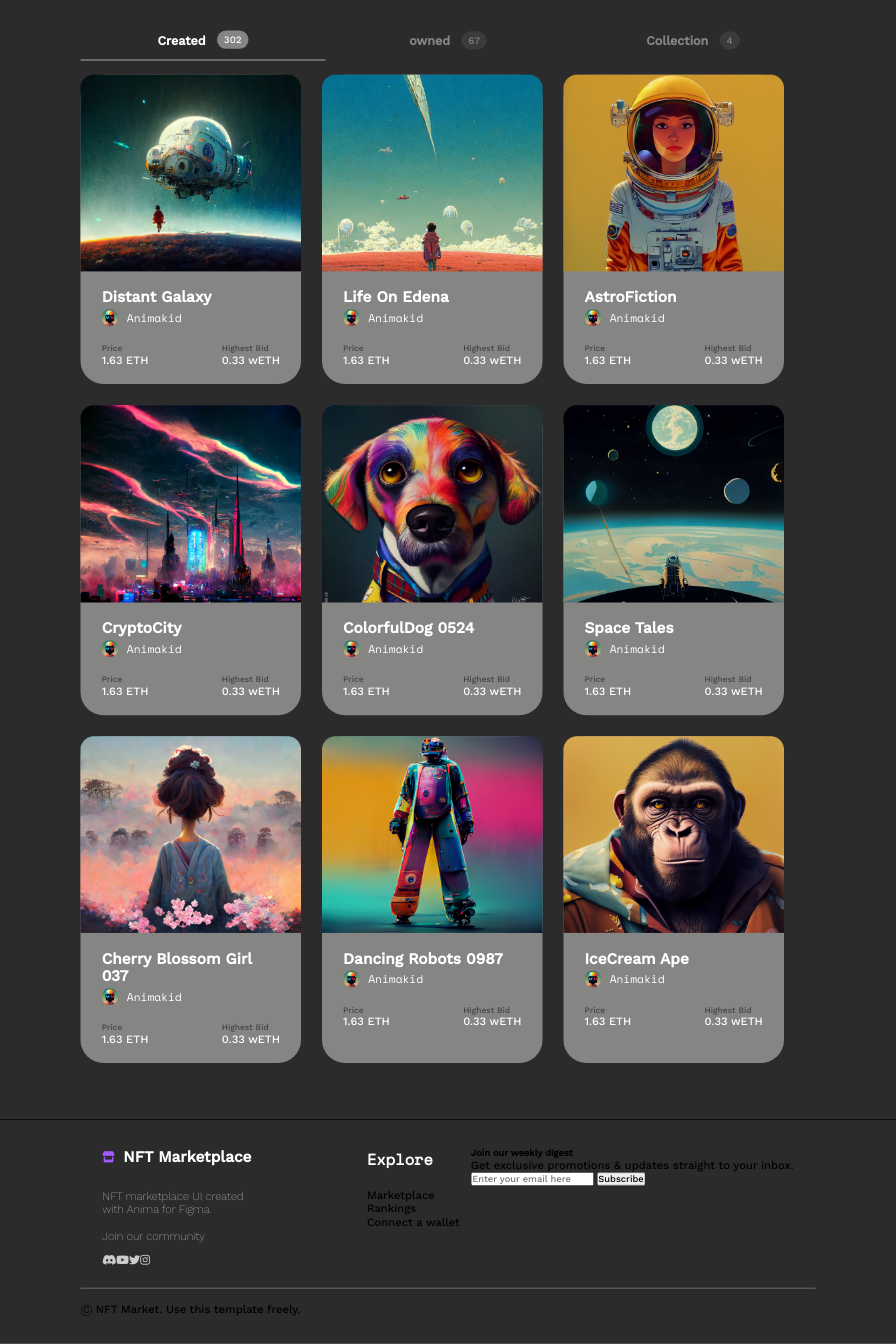
Repository: levananh202ht/NFT_Marketplace
Page: index.html
These files come from the project's save history. The page is drawn as it stood at one moment and after the next save; the edit follows.
The browser window is 1280 px wide. The pictures show the part of the page from y = 844 to 2764 px (the page is 2764 px tall), at 70% of full size.

Above is the page before, as saved 2023-12-11 01:45:05.

### index.html
<!DOCTYPE html>
<html lang="en">
<head>
    <meta charset="UTF-8">
    <meta name="viewport" content="width=device-width, initial-scale=1.0">
    <link rel="stylesheet" href="index.css">
    <link rel="stylesheet" href="responsive.css">
    <link rel="stylesheet" href="https://cdnjs.cloudflare.com/ajax/libs/font-awesome/6.5.1/css/all.min.css" integrity="sha512-DTOQO9RWCH3ppGqcWaEA1BIZOC6xxalwEsw9c2QQeAIftl+Vegovlnee1c9QX4TctnWMn13TZye+giMm8e2LwA==" crossorigin="anonymous" referrerpolicy="no-referrer" />
    <title>Document</title>
</head>
<body>
    <div class="nft_container">
        <!-- header -->
        <div class="nft_header">

            <div class="nft_header-left">
                <i class="fa-solid fa-store"></i>
                <h3>NFT Marketplace</h3>
            </div>

            <ul class="nft_header-right">
                <li class="nft_header-right-item">Marketplace</li>
                <li class="nft_header-right-item">Rankings</li>
                <li class="nft_header-right-item">Connect a wallet</li>
                <li class="nft_header-right-item">
                    <div>
                        <i class="fa-regular fa-user"></i>
                        <p>Sign Up</p>
                    </div>
                </li>
            </ul>

            <i class="icon-bar-responsive fa-solid fa-bars-staggered"></i>

        </div>
        <!-- profileImage -->
        <div class="nft_profileImage">
            <img src="./assets/images/Avatar Placeholder.png" alt="">
        </div>
        <!-- userInfo -->
        <div class="nft_userInfo">

            <div class="nft_userInfo-top">

                <h2>Animakid</h2>
                <div class="nft_userInfo-top-button">
                    <button>
                        <i class="fa-regular fa-copy"></i>
                        <p>0xc0E3...B79C</p>
                    </button>
                    <button>
                        <i class="fa-solid fa-plus"></i>
                        <p>Follow</p>
                    </button>
                </div>

            </div>

            <div class="nft_userInfo-bottom">

                <div class="nft_userInfo-bottom-param">

                    <div>
                        <p class="param">250k+</p>
                        <p class="text">Volume</p>
                    </div>

                    <div>
                        <p class="param">50+</p>
                        <p class="text">NFTs Sold</p>
                    </div>

                    <div>
                        <p class="param">3000+</p>
                        <p class="text">Followers</p>
                    </div>

                </div>

                <div class="nft_userInfo-bottom-bio">

                    <h5>Bio</h5>
                    <p>The internet's friendliest designer kid.</p>

                </div>

                <div class="nft_userInfo-bottom-links">

                    <h5>Links</h5>
                    <ul>
                        <li>
                            <a href="">
                                <i class="fa-solid fa-globe"></i>
                            </a>
                        </li>
                        <li>
                            <a href="https://discord.com/">
                                <i class="fa-brands fa-discord"></i>
                            </a>
                        </li>
                        <li>
                            <a href="https://www.youtube.com/">
                                <i class="fa-brands fa-youtube"></i>
                            </a>
                        </li>
                        <li>
                            <a href="https://twitter.com/">
                                <i class="fa-brands fa-twitter"></i>
                            </a>
                        </li>
                        <li>
                            <a href="https://www.instagram.com/">
                                <i class="fa-brands fa-instagram"></i>
                            </a>
                        </li>
                    </ul>

                </div>

            </div>

        </div>
        <!-- tab -->
        <div class="nft_tab">

            <div class="nft_tab-1">
                <h5>Created</h5>
                <p>302</p>
            </div>
            <div class="nft_tab-2">
                <h5>owned</h5>
                <p>67</p>
            </div>
            <div class="nft_tab-3">
                <h5>Collection</h5>
                <p>4</p>
            </div>

        </div>
        <!-- cardSection -->
        <div class="nft_cardSection">

            <div class="nft_cardSection-item">

                <img class="nft_cardSection-item-img" src="./assets/images/Image Placeholder (1).png" alt="Image Placeholder">

                <div class="nft_cardSection-item-info">

                    <h5>Distant Galaxy</h5>
                    <div >
                        <img src="./assets/images/Avatar Placeholder.png" alt="Avatar">
                        <p>Animakid</p>
                    </div>
                    <div >
                        <span>
                            <p>Price</p>
                            <p>1.63 ETH</p>
                        </span>
                        <span>
                            <p>Highest Bid</p>
                            <p>0.33 wETH</p>
                        </span>
                    </div>

                </div>

            </div>
            <div class="nft_cardSection-item">

                <img class="nft_cardSection-item-img" src="./assets/images/Image Placeholder (2).png" alt="Image Placeholder">

                <div class="nft_cardSection-item-info">

                    <h5>Life On Edena</h5>
                    <div >
                        <img src="./assets/images/Avatar Placeholder.png" alt="Avatar">
                        <p>Animakid</p>
                    </div>
                    <div >
                        <span>
                            <p>Price</p>
                            <p>1.63 ETH</p>
                        </span>
                        <span>
                            <p>Highest Bid</p>
                            <p>0.33 wETH</p>
                        </span>
                    </div>

                </div>

            </div>
            <div class="nft_cardSection-item">

                <img class="nft_cardSection-item-img" src="./assets/images/Image Placeholder (3).png" alt="Image Placeholder">

                <div class="nft_cardSection-item-info">

                    <h5>AstroFiction</h5>
                    <div >
                        <img src="./assets/images/Avatar Placeholder.png" alt="Avatar">
                        <p>Animakid</p>
                    </div>
                    <div >
                        <span>
                            <p>Price</p>
                            <p>1.63 ETH</p>
                        </span>
                        <span>
                            <p>Highest Bid</p>
                            <p>0.33 wETH</p>
                        </span>
                    </div>

                </div>

            </div>

            <div class="nft_cardSection-item">

                <img class="nft_cardSection-item-img" src="./assets/images/Image Placeholder (4).png" alt="Image Placeholder">

                <div class="nft_cardSection-item-info">

                    <h5>CryptoCity</h5>
                    <div >
                        <img src="./assets/images/Avatar Placeholder.png" alt="Avatar">
                        <p>Animakid</p>
                    </div>
                    <div >
                        <span>
                            <p>Price</p>
                            <p>1.63 ETH</p>
                        </span>
                        <span>
                            <p>Highest Bid</p>
                            <p>0.33 wETH</p>
                        </span>
                    </div>

                </div>

            </div>
            <div class="nft_cardSection-item">

                <img class="nft_cardSection-item-img" src="./assets/images/Image Placeholder (5).png" alt="Image Placeholder">

                <div class="nft_cardSection-item-info">

                    <h5>ColorfulDog 0524</h5>
                    <div >
                        <img src="./assets/images/Avatar Placeholder.png" alt="Avatar">
                        <p>Animakid</p>
                    </div>
                    <div >
                        <span>
                            <p>Price</p>
                            <p>1.63 ETH</p>
                        </span>
                        <span>
                            <p>Highest Bid</p>
                            <p>0.33 wETH</p>
                        </span>
                    </div>

                </div>

            </div>
            <div class="nft_cardSection-item">

                <img class="nft_cardSection-item-img" src="./assets/images/Image Placeholder (6).png" alt="Image Placeholder">

                <div class="nft_cardSection-item-info">

                    <h5>Space Tales</h5>
                    <div >
                        <img src="./assets/images/Avatar Placeholder.png" alt="Avatar">
                        <p>Animakid</p>
                    </div>
                    <div >
                        <span>
                            <p>Price</p>
                            <p>1.63 ETH</p>
                        </span>
                        <span>
                            <p>Highest Bid</p>
                            <p>0.33 wETH</p>
                        </span>
                    </div>

                </div>

            </div>

            <div class="nft_cardSection-item">

                <img class="nft_cardSection-item-img" src="./assets/images/Image Placeholder (7).png" alt="Image Placeholder">

                <div class="nft_cardSection-item-info">

                    <h5>Cherry Blossom Girl 037</h5>
                    <div >
                        <img src="./assets/images/Avatar Placeholder.png" alt="Avatar">
                        <p>Animakid</p>
                    </div>
                    <div >
                        <span>
                            <p>Price</p>
                            <p>1.63 ETH</p>
                        </span>
                        <span>
                            <p>Highest Bid</p>
                            <p>0.33 wETH</p>
                        </span>
                    </div>

                </div>

            </div>
            <div class="nft_cardSection-item">

                <img class="nft_cardSection-item-img" src="./assets/images/Image Placeholder (8).png" alt="Image Placeholder">

                <div class="nft_cardSection-item-info">

                    <h5>Dancing Robots 0987</h5>
                    <div >
                        <img src="./assets/images/Avatar Placeholder.png" alt="Avatar">
                        <p>Animakid</p>
                    </div>
                    <div >
                        <span>
                            <p>Price</p>
                            <p>1.63 ETH</p>
                        </span>
                        <span>
                            <p>Highest Bid</p>
                            <p>0.33 wETH</p>
                        </span>
                    </div>

                </div>

            </div>
            <div class="nft_cardSection-item">

                <img class="nft_cardSection-item-img" src="./assets/images/Image Placeholder (9).png" alt="Image Placeholder">

                <div class="nft_cardSection-item-info">

                    <h5>IceCream Ape </h5>
                    <div >
                        <img src="./assets/images/Avatar Placeholder.png" alt="Avatar">
                        <p>Animakid</p>
                    </div>
                    <div >
                        <span>
                            <p>Price</p>
                            <p>1.63 ETH</p>
                        </span>
                        <span>
                            <p>Highest Bid</p>
                            <p>0.33 wETH</p>
                        </span>
                    </div>

                </div>

            </div>

        </div>
        <!-- footer -->
        <div class="nft_footer">
            <div class="nft_footer-info">

                <div class="nft_footer-info-item1">

                    <div>
                        <i class="fa-solid fa-store"></i>
                        <h3>NFT Marketplace</h3>
                    </div>
                    <p>NFT marketplace UI created with Anima for Figma.</p>
                    <p>Join our community</p>
                    <ul>
                        <li>
                            <a href="https://discord.com/">
                                <i class="fa-brands fa-discord"></i>
                            </a>
                        </li>
                        <li>
                            <a href="https://www.youtube.com/">
                                <i class="fa-brands fa-youtube"></i>
                            </a>
                        </li>
                        <li>
                            <a href="https://twitter.com/">
                                <i class="fa-brands fa-twitter"></i>
                            </a>
                        </li>
                        <li>
                            <a href="https://www.instagram.com/">
                                <i class="fa-brands fa-instagram"></i>
                            </a>
                        </li>
                    </ul>

                </div>
                <div class="nft_footer-info-item2">
                    <h5>Explore</h5>
                    <p>Marketplace</p>
                    <p>Rankings</p>
                    <p>Connect a wallet</p>
                </div>
                <div class="nft_footer-info-item3">
                    <h5>Join our weekly digest</h5>
                    <p>Get exclusive promotions & updates straight to your inbox.</p>
                    <div>
                        <input type="text" placeholder="Enter your email here">
                        <button>Subscribe</button>
                    </div>
                </div>

            </div>


            <p>Ⓒ NFT Market. Use this template freely.</p>
        </div>

    </div>
</body>
</html>

### index.css
@import url('https://fonts.googleapis.com/css2?family=Work+Sans:ital,wght@0,200;0,500;1,200;1,500&display=swap');
@import url('https://fonts.googleapis.com/css2?family=Space+Mono:ital@0;1&display=swap');

* {
    margin: 0;
    padding: 0;
    box-sizing: border-box;
    font-family: 'Work Sans', sans-serif;
}
.nft_container {
    background: #2B2B2B;
}
    /* CSS header */
.nft_header {
    background: #2B2B2B;
    display: flex;
    justify-content: space-between;
    color: #F5F5F5;
    padding: 20px 50px;
}

.nft_header .nft_header-left {
    display: flex;
    align-items: center;
}
.nft_header .nft_header-left i {
    color: #A259FF;
}
.nft_header .nft_header-left h3 {
    margin-left: 12px;
}

.nft_header .nft_header-right {
    display: flex;
    list-style:  none;
    align-items: center;

}

.nft_header .nft_header-right .nft_header-right-item {
    margin-left: 20px;
    font-size: 16px;
}

.nft_header .nft_header-right .nft_header-right-item:last-child div {
    padding: 24px 30px;
    display: flex;
    border-radius: 20px;
    background: #A259FF;
}

.nft_header .nft_header-right .nft_header-right-item:last-child div i {
    font-size: 20px;
}

.nft_header .nft_header-right .nft_header-right-item:last-child div p {
    margin-left: 12px;
    font-size: 16px;
}
.nft_header .icon-bar-responsive {
    display: none;
}
    /* CSS profileImage */
.nft_profileImage {
    width: 100%;
    height: 320px;
    background-image: url("./assets/images/Image PlaceHolder.png");
    position: relative;

}

.nft_profileImage img {
    left: 9%;
    position: absolute;
    bottom: -50px;
}
    /* CSS userInfo */
.nft_userInfo {
    margin-top: 50px;
    padding: 40px 9%;
    background: #2B2B2B;
    color: #fff;
}
.nft_userInfo .nft_userInfo-top{
    display: flex;
    justify-content: space-between;
    margin-bottom: 30px;
}
.nft_userInfo .nft_userInfo-top h2 {
    font-size:3.3vw;
    color: white;
}
.nft_userInfo .nft_userInfo-top .nft_userInfo-top-button {
    display: flex;
}
.nft_userInfo .nft_userInfo-top .nft_userInfo-top-button button:nth-child(1) {
    background: #A259FF;
    color: white;
    padding: 24px 50px;
    display: flex;
    border: none;
    border-radius: 20px;
    align-items: center;
}
.nft_userInfo .nft_userInfo-top .nft_userInfo-top-button button:nth-child(1) i {
    margin-right: 12px;
}
.nft_userInfo .nft_userInfo-top .nft_userInfo-top-button button:nth-child(2) {
    margin-left: 20px;
    display: flex;
    align-items: center;
    background: #2B2B2B;
    color: white;
    border: 1px solid #A259FF;
    border-radius: 20px;
    padding: 24px 30px;
}
.nft_userInfo .nft_userInfo-top .nft_userInfo-top-button button:nth-child(2) i {
    margin-right: 12px;
    color: #A259FF;
}

.nft_userInfo .nft_userInfo-bottom {

}
.nft_userInfo .nft_userInfo-bottom .nft_userInfo-bottom-param {
    display: flex;
    justify-content: space-between;
    width: 40%;
}
.nft_userInfo .nft_userInfo-bottom .nft_userInfo-bottom-param div p.param {
    font-size: 1.8vw;
}
.nft_userInfo .nft_userInfo-bottom .nft_userInfo-bottom-param div p.text {
    font-size: 1.4vw;
    font-weight: 300;
}
.nft_userInfo .nft_userInfo-bottom .nft_userInfo-bottom-bio {
    margin-top: 30px;
    margin-bottom: 30px;
}
.nft_userInfo .nft_userInfo-bottom .nft_userInfo-bottom-bio h5 {
    font-size: 1.4vw;
    font-weight: 300;
    margin-bottom: 10px;
}
.nft_userInfo .nft_userInfo-bottom .nft_userInfo-bottom-bio p {
    font-size: 1.4vw;
}
.nft_userInfo .nft_userInfo-bottom .nft_userInfo-bottom-links h5 {
    font-size: 1.4vw;
    font-weight: 300;
    margin-bottom: 10px;
}
.nft_userInfo .nft_userInfo-bottom .nft_userInfo-bottom-links ul {
    display: flex;
    list-style: none;
}
.nft_userInfo .nft_userInfo-bottom .nft_userInfo-bottom-links ul li a {
    margin-right: 10px;
    color: #858584;
}
    /* CSS tab */
.nft_tab{
    display: flex;
    padding: 10px 9%;
    justify-content: space-between;
    color: #858584;
}
.nft_tab .nft_tab-1,
.nft_tab .nft_tab-2,
.nft_tab .nft_tab-3{
    display: flex;
    align-items: center;
    width: 33.33%;
    justify-content: center;
}
.nft_tab h5 {
    margin-right: 16px;
    font-size: 1.4vw;
}
.nft_tab p{
    font-size: 1.1vw;
    padding: 5px 10px;
    background-color: #3B3B3B;
    border-radius: 20px;
}
.nft_tab .nft_tab-1 {
    color: #fff;
    border-bottom: 2px solid #858584;
    padding: 15px 0;
}
.nft_tab .nft_tab-1 p {
    background-color: #858584;
}
    /* CSS cardSection */
.nft_cardSection {
    display: grid;
    grid-template-columns: 30% 30% 30%; /* tạo 3 cột  */
    padding: 10px 9%;
    column-gap: 30px; /* cách cột  */
    row-gap: 30px;  /* cách dòng  */
    padding-bottom: 80px;
}
.nft_cardSection .nft_cardSection-item {
    background: #858584;
    border-radius: 33px;
}
.nft_cardSection .nft_cardSection-item .nft_cardSection-item-img {
    width: 100%;
}
.nft_cardSection .nft_cardSection-item .nft_cardSection-item-info {
    padding: 20px 30px 25px;
    color: #fff;
}
.nft_cardSection .nft_cardSection-item .nft_cardSection-item-info  h5 {
    font-size: 22px;
    font-weight: 600;
    margin-bottom: 5px;
}
.nft_cardSection .nft_cardSection-item .nft_cardSection-item-info div:nth-child(2) {
    display: flex;
    margin-bottom: 25px;
    align-items: center;
}
.nft_cardSection .nft_cardSection-item .nft_cardSection-item-info div:nth-child(2) img {
    width: 24px;
    height: 24px;
    margin-right: 12px;
    border-radius: 50%;
}
.nft_cardSection .nft_cardSection-item .nft_cardSection-item-info div:nth-child(2) p {
    font-size: 16px;
    font-style: normal;
    font-family: 'Space Mono', monospace;
    font-weight: 400;
}
.nft_cardSection .nft_cardSection-item .nft_cardSection-item-info div:nth-child(3) {
    display: flex;
    justify-content: space-between;
    font-family: 'Space Mono', monospace;
}
.nft_cardSection .nft_cardSection-item .nft_cardSection-item-info div:nth-child(3) span p:nth-child(1) {
    font-size: 12px;
    font-style: normal;
    font-weight: 400;
    color: #444443;
}
.nft_cardSection .nft_cardSection-item .nft_cardSection-item-info div:nth-child(3) span p:nth-child(2) {
    font-size: 16px;
    font-style: normal;
    font-weight: 400;
}
    /* CSS footer */
.nft_footer {
    padding: 40px 9%;
    border-top: 1px solid #000;
}
.nft_footer .nft_footer-info {
    display: flex;
    justify-content: space-between;
    padding: 0 31px 30px;
    border-bottom: 1px solid #858584;
    margin-bottom: 20px;
}
.nft_footer .nft_footer-info .nft_footer-info-item1 div {
    display: flex;
    align-items: center;
    margin-bottom: 33.6px;
}
.nft_footer .nft_footer-info .nft_footer-info-item1 div i {
    color: #A259FF;
    margin-right: 12px;
}
.nft_footer .nft_footer-info .nft_footer-info-item1 div h3 {
    color: #fff;
    font-size: 22px;
}
.nft_footer .nft_footer-info .nft_footer-info-item1 p {
    color: #CCC;
    font-size: 16px;
    font-weight: 200;
    width: 65%;
}
.nft_footer .nft_footer-info .nft_footer-info-item1 p:nth-child(2){
    margin-bottom: 20px;
}
.nft_footer .nft_footer-info .nft_footer-info-item1 p:nth-child(3){
    margin-bottom: 15px;
}
.nft_footer .nft_footer-info .nft_footer-info-item1  ul {
    display: flex;
    list-style: none;
}
.nft_footer .nft_footer-info .nft_footer-info-item1  ul li a {
    color: #ccc;
}
.nft_footer .nft_footer-info .nft_footer-info-item2 {

}
.nft_footer .nft_footer-info .nft_footer-info-item2 h5 {
    font-family: Space Mono;
    font-size: 22px;
    font-style: normal;
    font-weight: 700;
    color: #fff;
    padding-bottom: 25px;
}

Loaded but not shown: responsive.css (104 lines, source omitted)

After the next save:
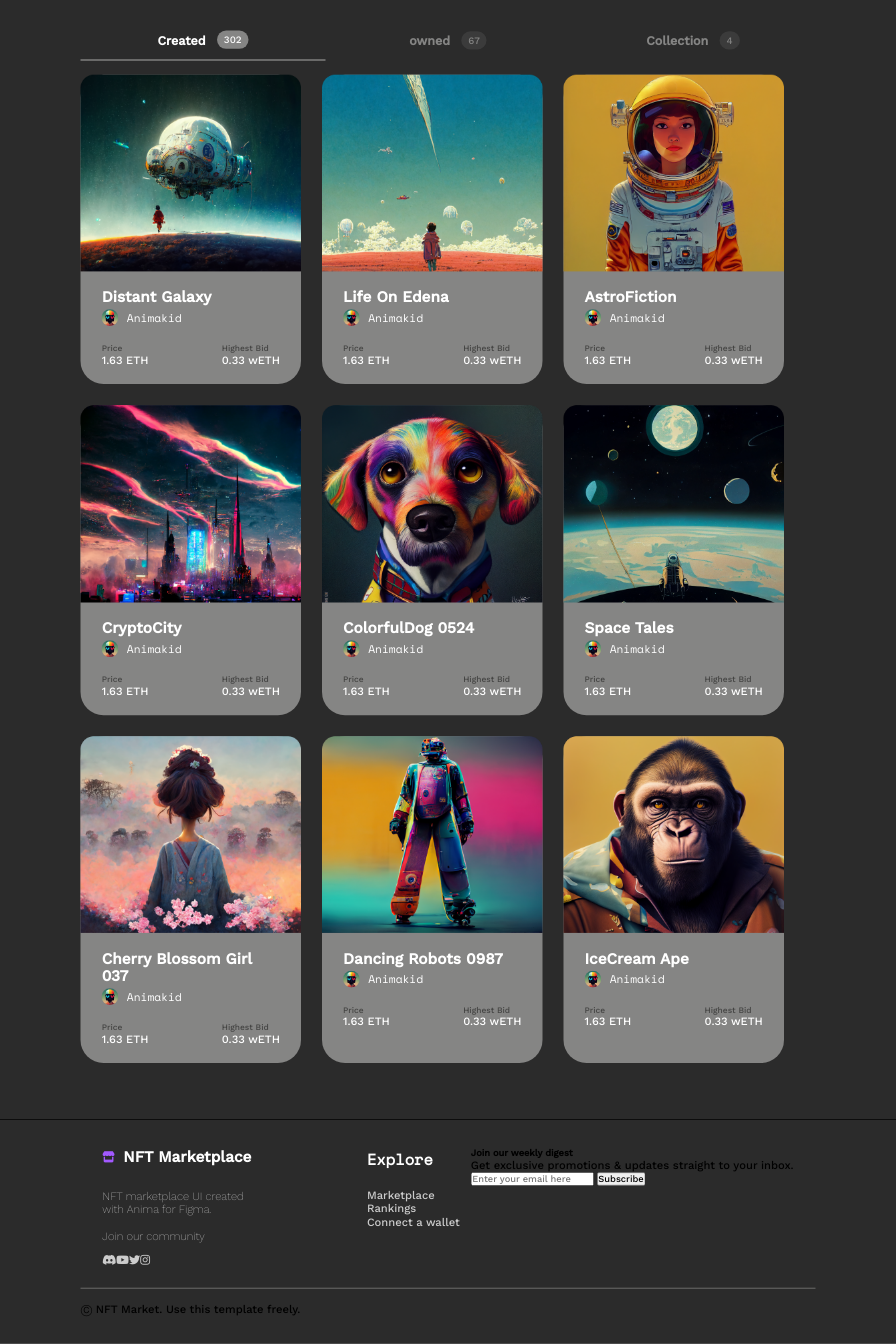
Saved 23 s later.
--- a/index.css
+++ b/index.css
@@ -296,7 +296,7 @@
     color: #ccc;
 }
 .nft_footer .nft_footer-info .nft_footer-info-item2 {
-
+    color: #CCC;
 }
 .nft_footer .nft_footer-info .nft_footer-info-item2 h5 {
     font-family: Space Mono;
